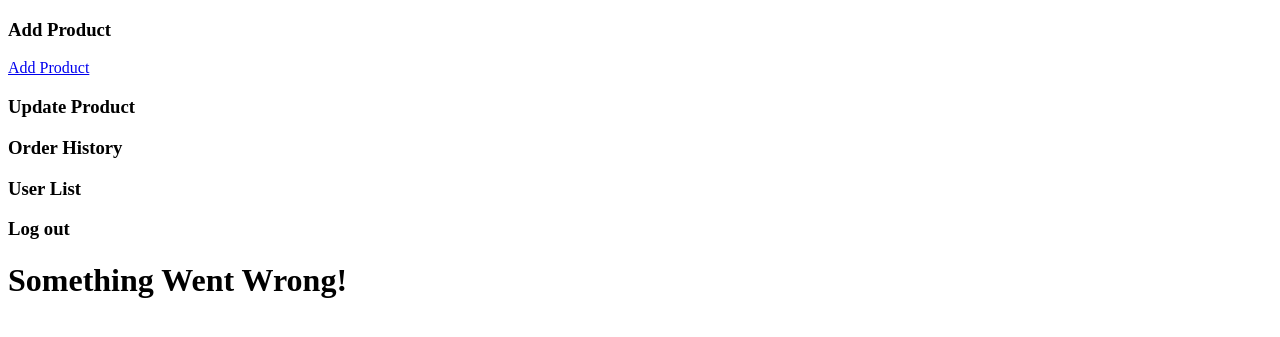
Repository: EU1182053/test
Page: http://localhost/MiniProject/admin.jsp
The author's editor kept a copy of each file at every save. The page is drawn from the files as they stood at one save, then again after the next save.
The browser window is 1280 px wide. The pictures show the whole page.
The page is served by Tomcat 9. The session is filled in as if someone had signed in: {"email": "test@example.com"}. Other server files are loaded and not shown.

Above is the page before, as saved 2022-09-16 07:00:18.

### MiniProject/src/main/webapp/admin.jsp
<%@ page language="java" contentType="text/html; charset=ISO-8859-1"
    pageEncoding="ISO-8859-1"%>
<!DOCTYPE html>
<html>
<head>
    <meta charset="UTF-8">
    <meta name="viewport" content="width=device-width, initial-scale=1.0">
    <title>Admin Page</title>
</head>
<body>

<%String email=session.getAttribute("email").toString(); %>

<h3>Add Product</h3>
<a href="addProduct.jsp">Add Product</a>
<h3>Update Product</h3>
<h3>Order History</h3>
<h3>User List</h3>
<h3>Log out</h3>

<%
String msg=request.getParameter("msg");
if("valid".equals(msg)){
	 %>
	 <h1>Admin Log In Successful.</h1>

<%}
else{
	%>
	<h1>Something Went Wrong!</h1>
	<%
}
%>
</body>
</html>

After the next save:
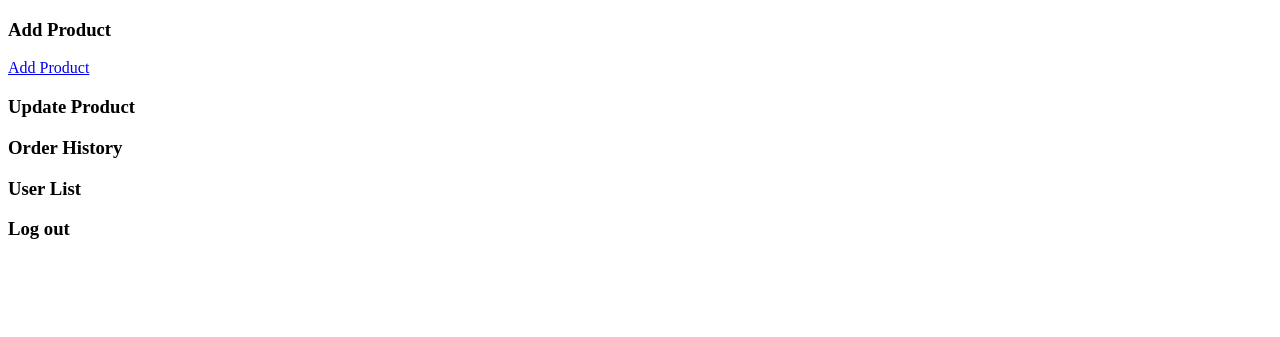
Saved 3 min 43 s later.
--- a/MiniProject/src/main/webapp/admin.jsp
+++ b/MiniProject/src/main/webapp/admin.jsp
@@ -25,11 +25,14 @@ if("valid".equals(msg)){
 	 <h1>Admin Log In Successful.</h1>
 
 <%}
-else{
+else if("error".equals(msg)){
 	%>
 	<h1>Something Went Wrong!</h1>
 	<%
 }
+else if("productAdded".equals(msg)){
 %>
+<h1>Product added successfully.</h1>
+<%} %>
 </body>
 </html>
